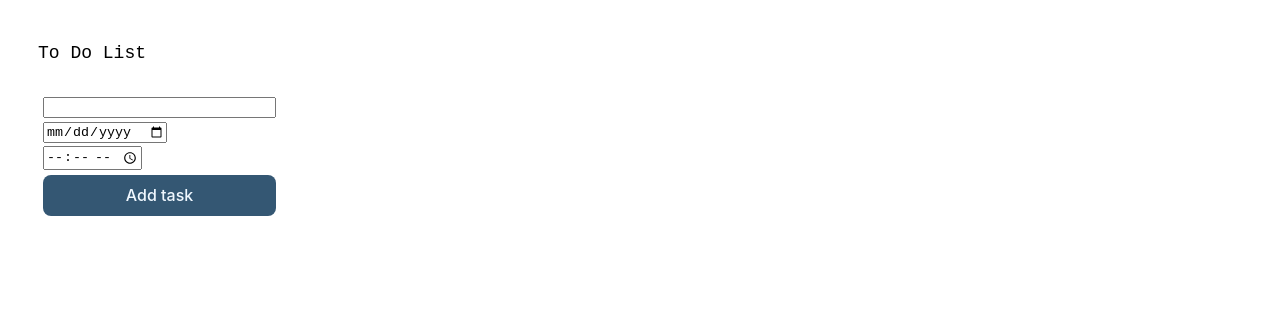
Repository: aknurkappar/nfactorial-web-advanced-todolist-homework
Page: / (app in front/toDoFront/)
An editor plug-in stored every save of this project. The page is shown before and after a run of saves, followed by the edit.
The browser window is 1280 px wide. The pictures show the whole page.
The page's requests for data from a server got no answer. The project was rebuilt for these pictures with package versions that can differ from the ones it lists, and the page was loaded fresh each time. No one was signed in, and anything a server would have sent is missing. Also part of the build but not shown: front/toDoFront/vite.config.ts.

Above is the page before, as saved 2023-05-09 15:00:58.

### front/toDoFront/src/App.tsx
import './App.css'
import { Routes, Route,} from "react-router-dom";
import TaskListComponent from './components/TaskListComponent';

function App() {

  return (
    <>
      <Routes>
        <Route path="/" element={<TaskListComponent />}/>
        <Route path="/task" element={<TaskListComponent />}/>
        <Route/>
      </Routes>
    </>
  )
}

export default App

### front/toDoFront/src/index.css
:root {
  font-family: Inter, system-ui, Avenir, Helvetica, Arial, sans-serif;
  line-height: 1.5;
  font-weight: 400;
}

a {
  font-weight: 500;
  color: #646cff;
  text-decoration: inherit;
}
a:hover {
  color: #535bf2;
}

body {
  margin-top: 40px;
}

h1 {
  font-size: 3.2em;
  line-height: 1.1;
}

button {
  border-radius: 8px;
  border: 1px solid transparent;
  padding: 0.6em 1.2em;
  font-size: 1em;
  font-weight: 500;
  font-family: inherit;
  background-color: #1a1a1a;
  cursor: pointer;
  transition: border-color 0.25s;
}
button:hover {
  border-color: #646cff;
}
button:focus,
button:focus-visible {
  outline: 4px auto -webkit-focus-ring-color;
}

### front/toDoFront/src/components/TaskListComponent/index.tsx
import './index.css'
import { BASE_URL } from '../../constants'
import { useEffect, useState } from 'react';
import AddTaskComponent from '../AddTaskComponent';

function TaskListComponent() {
    const [taskList, setTaskList] = useState([] as Task[]);

    const getAllTasks = async()=>{
        let result = await fetch(
            `${BASE_URL}task`, {
                method: "get",
            })
        const data = await result.json() as Task[]
        setTaskList(data)
    }
    useEffect(() => {
        getAllTasks()
    }, [])

  return (
    <div className='main'>
        <p className='header'>To Do List</p>
      {
        taskList && taskList.map((task, index) => (
            <div key = {index}>
                <div className="to-do-item" key={index}>
                <button onClick={()=>{}}
                className="more-button"></button>
                <input type="checkbox" onChange={()=>{}} checked={task.isDone}/>
                <p className={`${task.isDone ? "done" : "todo-text"}`}>{task.title}</p>
                </div>
            </div>
        ))

        }
        <AddTaskComponent/>
    </div>
  )
}

export default TaskListComponent

### front/toDoFront/src/components/TaskListComponent/index.css
.buttons{
    display: flex;
    justify-content: space-between;
    align-items: center;
}
.menu-buttons{
    display: flex;
    flex-direction: row;
    align-items: center;
    height: 100px;
}
.menu-buttons button{
    height: 40px;
    width: 80px;
    margin-right: 20px;

    border-radius: 30px;
    border: none;
}
.modal-button{
    width: 500px;
    height: 50px;
    display: flex;
    justify-content: end;
}
.header-text{
    font-size: 25px;
    font-weight: 400;
}
.line{
    width: 100%;
    height: 2px;
    background-color: rgb(216, 216, 216);
    margin: 30px 0px;
}
.to-do-item{
    display: flex;
    flex-direction: row;
    align-items: center;
}
.to-do-item img, input{
    margin: 0px 5px;
}
.to-do-item img {
    height: 11px;
}
.to-do-item .todo-text{
    margin-left: 5px;
    text-decoration: none;
}
.to-do-item .done{
    margin-left: 5px;
    text-decoration: line-through;
    color: #b3b3b3;
}
.add-button{
    height: 50px;
    width: 50px;
    border-radius: 50px;
    border: none;
    background-color: #081e34;
    color: #fff;
    font-weight: 600;
    font-size: 40px;
    margin: 25px 20px;
}

.to-do-item .more-button{
    background-image: url(./assets/vector.png);
    background-repeat: no-repeat;
    background-size: 3px 13px;
    background-position: center;
    border: none;
    background-color: #fff;
    height: 20px;
    width: 5px;
}

.not-active{
    background-color:#F0F0F0;
}
.active{
    background-color:rgba(8, 30, 52, 0.42);
}
.trash-modal-in-trash, .trash-modal{
    background-color: rgb(216, 216, 216);
    border-radius: 5px;
    padding: 5px;
    display: flex;
    flex-direction: column;
    align-items: start;
}

.trash-modal-in-trash{
    height: 55px;
    width: 200px;
    justify-content: space-evenly;
    position: relative;
    top: 3em;
    left: -5em;
}
.trash-modal{
    height: 30px;
    width: 150px;
    justify-content: center;
    position: relative;
    top: 2em;
    left: -5em;
}
.trash-modal-in-trash .delete-forever, .trash-modal-in-trash .move-back, .trash-modal button{
    margin-left: 10px;
    width: 140px;
    border: none;
    background-color: rgb(216, 216, 216);
    color: #000;
    font-size: 12px;
    background-repeat: no-repeat;
    background-size: 10px 15px;
    padding-left: 17px;
    text-align: start;
}

.trash-modal-in-trash .delete-forever, .trash-modal button{
    background-image: url(./assets/trash.png);
}

.trash-modal-in-trash .move-back{
    background-image: url(./assets/moveBack.png);
}

.header{
    font-family: 'Courier New', Courier, monospace;
    font-size: large;
}

.main{
    margin-left: 30px;
}

### front/toDoFront/src/constants/index.tsx
export const BASE_URL = "http://localhost:4200/"

### front/toDoFront/src/components/AddTaskComponent/index.tsx
import './index.css'

function AddTaskComponent() {

  return (
    <form className='add-task-form'>
      <input type='text'/>
      <div>
        <input type='date'/>
        <input type='time'/>
      </div>
      <button type='submit'>Add task</button>
    </form>
  )
}

export default AddTaskComponent

### front/toDoFront/src/components/AddTaskComponent/index.css
.add-task-form{
    margin-top: 30px;
    width: 243px;
    display: flex;
    flex-direction: column;
}

.add-task-form button{
    margin: 5px;
    background: #345773;
    color: aliceblue;
}

Loaded but not shown: front/toDoFront/index.html (common file); front/toDoFront/src/main.tsx (common file); front/toDoFront/src/App.css (no stored copy; drawn as an empty file)

After the next 2 saves:
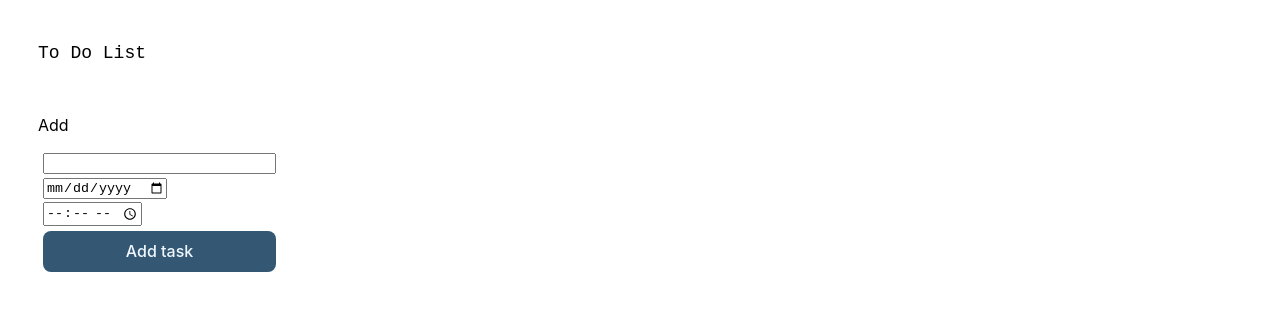
The 2 saves are shown as one change because they came seconds apart.
The last was saved 16 s later.
--- a/front/toDoFront/src/components/AddTaskComponent/index.tsx
+++ b/front/toDoFront/src/components/AddTaskComponent/index.tsx
@@ -4,6 +4,7 @@ function AddTaskComponent() {
 
   return (
     <form className='add-task-form'>
+      <p>Add</p>
       <input type='text'/>
       <div>
         <input type='date'/>
